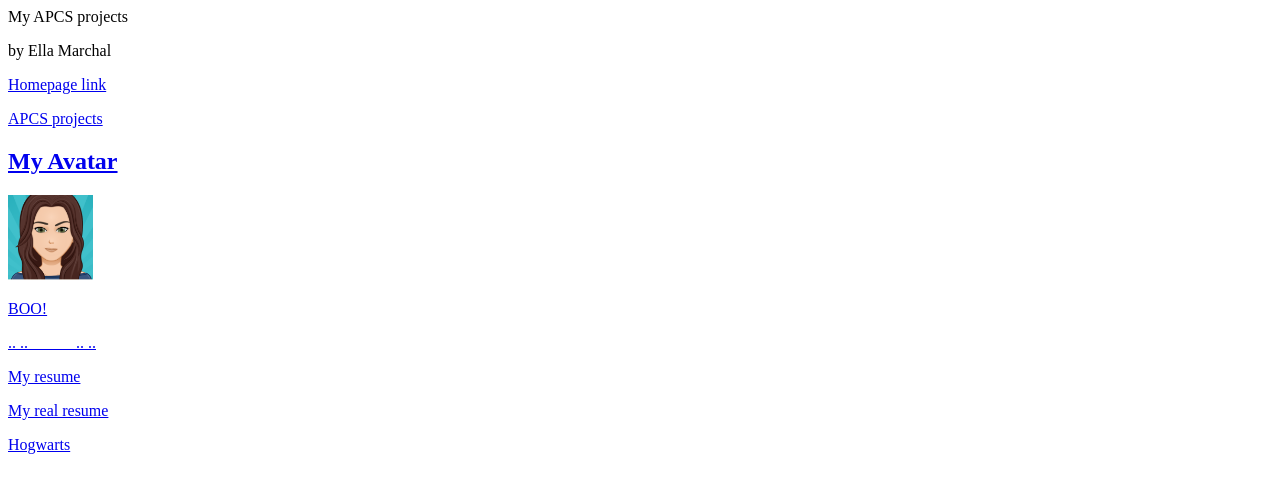
Repository: ella-m/ella-m.github.io
Page: apcs.html
The author's editor kept a record of every edit. The page is drawn from the files as they stood at one moment, then again after the next edit.
The browser window is 1280 px wide. The pictures show the whole page.

Above is the page before.

After the next edit:
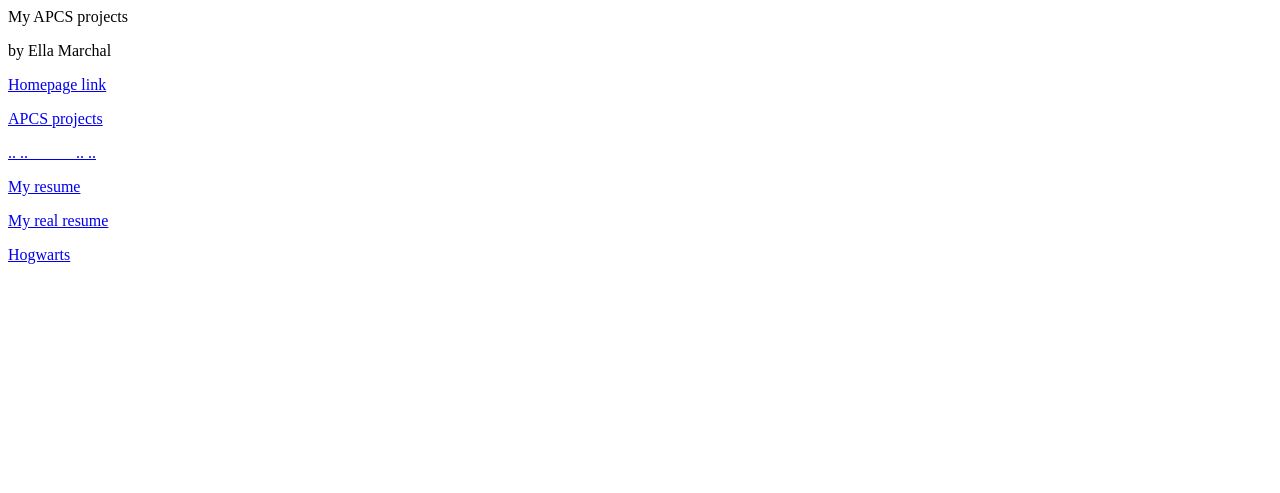
The edit:
--- a/apcs.html
+++ b/apcs.html
@@ -14,12 +14,6 @@
 <p><a href="apcs.html">APCS projects</p>
 
 
-<h2>My  Avatar</h2>
-<img src="snip-avatar.PNG" alt=" Avatar" width="85" height="85">
-
-<p></p>
-<a href="https://cdn.imgbin.com/4/9/16/imgbin-five-nights-at-freddy-s-4-five-nights-at-freddy-s-2-nightmare-animatronics-oscar-star-bAEmaXDp2Lpqm9yg6e2rbSVvi.jpg" target="_blank">BOO!</h>
-
 <p>..    .. _____ ..   ..</p>
 <a href="http://www.theimpossiblequiz.net/impossiblequiz.html" target="_blank"> My resume</a>
 
